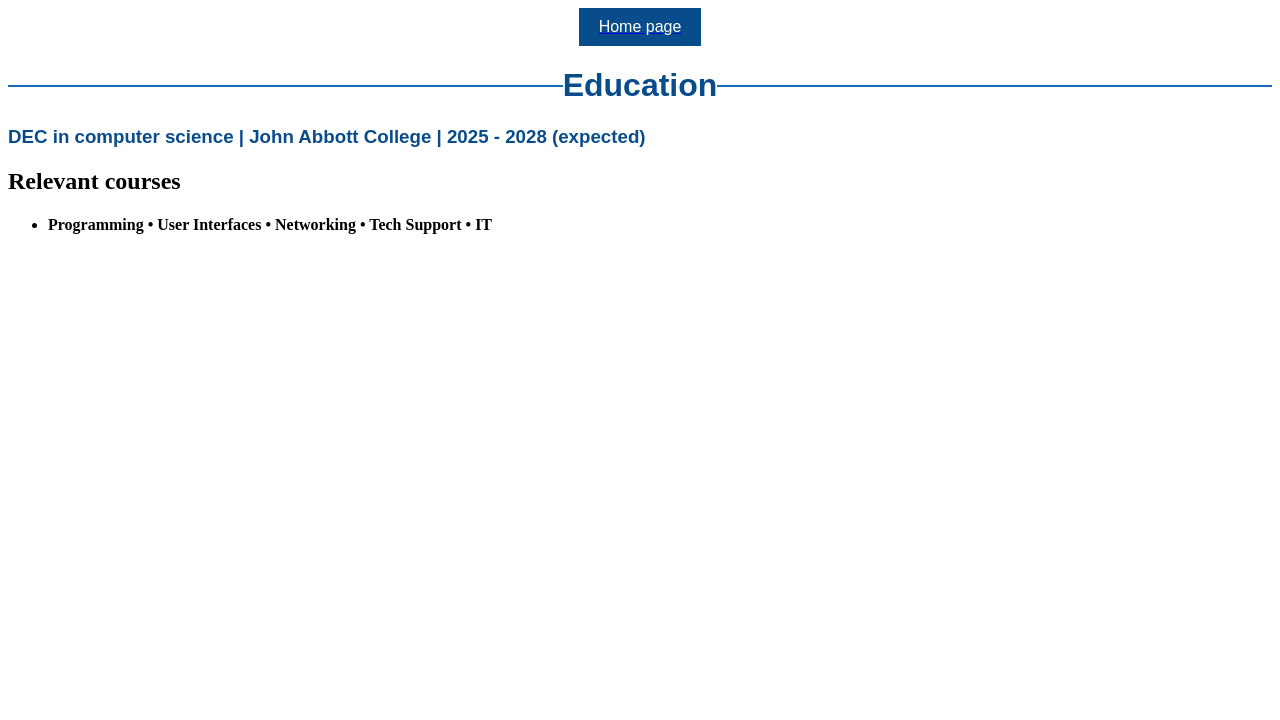
Repository: zackaroo20/zackaroo20
Page: pages/Education.html
These files come from the project's save history. The page is drawn as it stood at one moment and after the next save; the edit follows.
The browser window is 1280 px wide. The pictures show the whole page.

Above is the page before, as saved 2026-05-19 12:26:22.

After the next save:
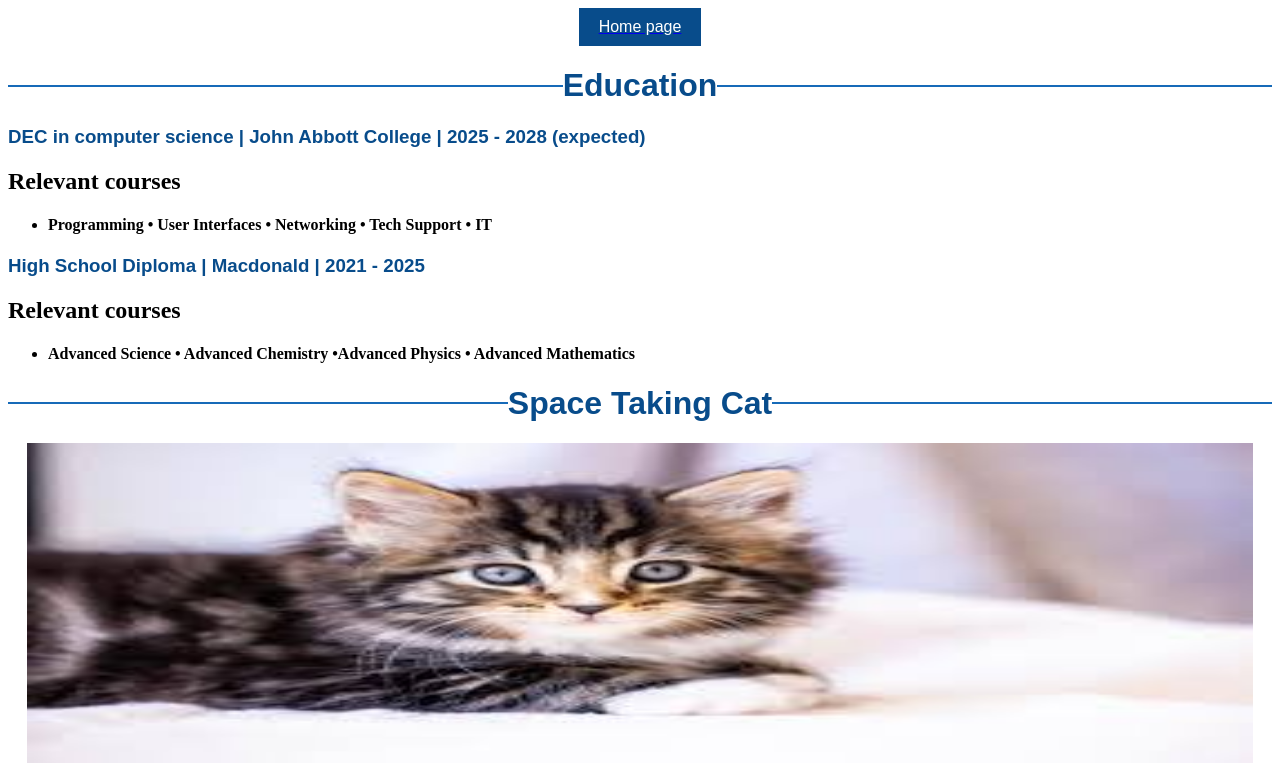
Saved 45 s later.
--- a/pages/Education.html
+++ b/pages/Education.html
@@ -33,7 +33,14 @@
         <li><h4>Programming • User Interfaces • Networking • Tech Support
 • IT</h4></li>
     </ul>
-
+     <h3>High School Diploma | Macdonald | 2021 - 2025</h3>
+<h2>Relevant courses</h2>
+    <ul>
+        <li><h4>Advanced Science • Advanced Chemistry •Advanced
+Physics • Advanced Mathematics</h4></li>
+    </ul>
+    <h1>Space Taking Cat</h1>
+<img alt="space taking cat" id="cat" src="/assets/space-taking-cat.jpg" />
 
 
 </body>
